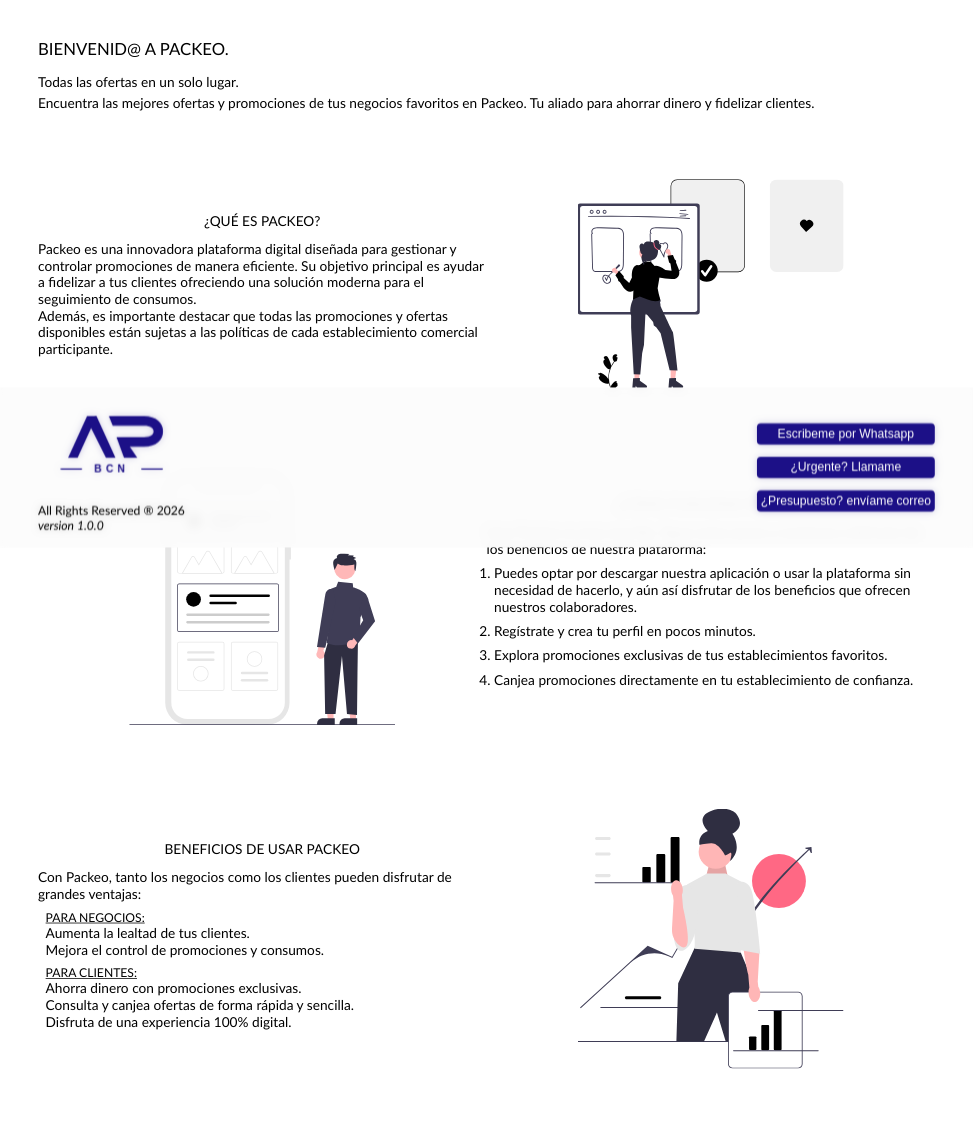
Repository: alupvcbarcelona/alupvcbarcelona-front
Page: /
An editor plug-in stored every save of this project. The page is shown before and after the next save, followed by the edit.
The browser window is 1280 px wide. The pictures show the whole page, at 76% of full size.
The page's requests for data from a server got no answer. The project was rebuilt for these pictures with package versions that can differ from the ones it lists, and the page was loaded fresh each time. No one was signed in, and anything a server would have sent is missing. Also part of the build but not shown: vite.config.js, src/reducers/partner.reducer/partner.action.js, src/views/Pack/utils/content.js, src/views/Pack/Pack.css, src/views/Pack/Pack.jsx, src/views/404/utils.js, src/views/404/NotFound.css, src/views/404/NotFound.jsx and 6 more.

Above is the page before, as saved 2026-07-24 09:20:20.

After the next save:
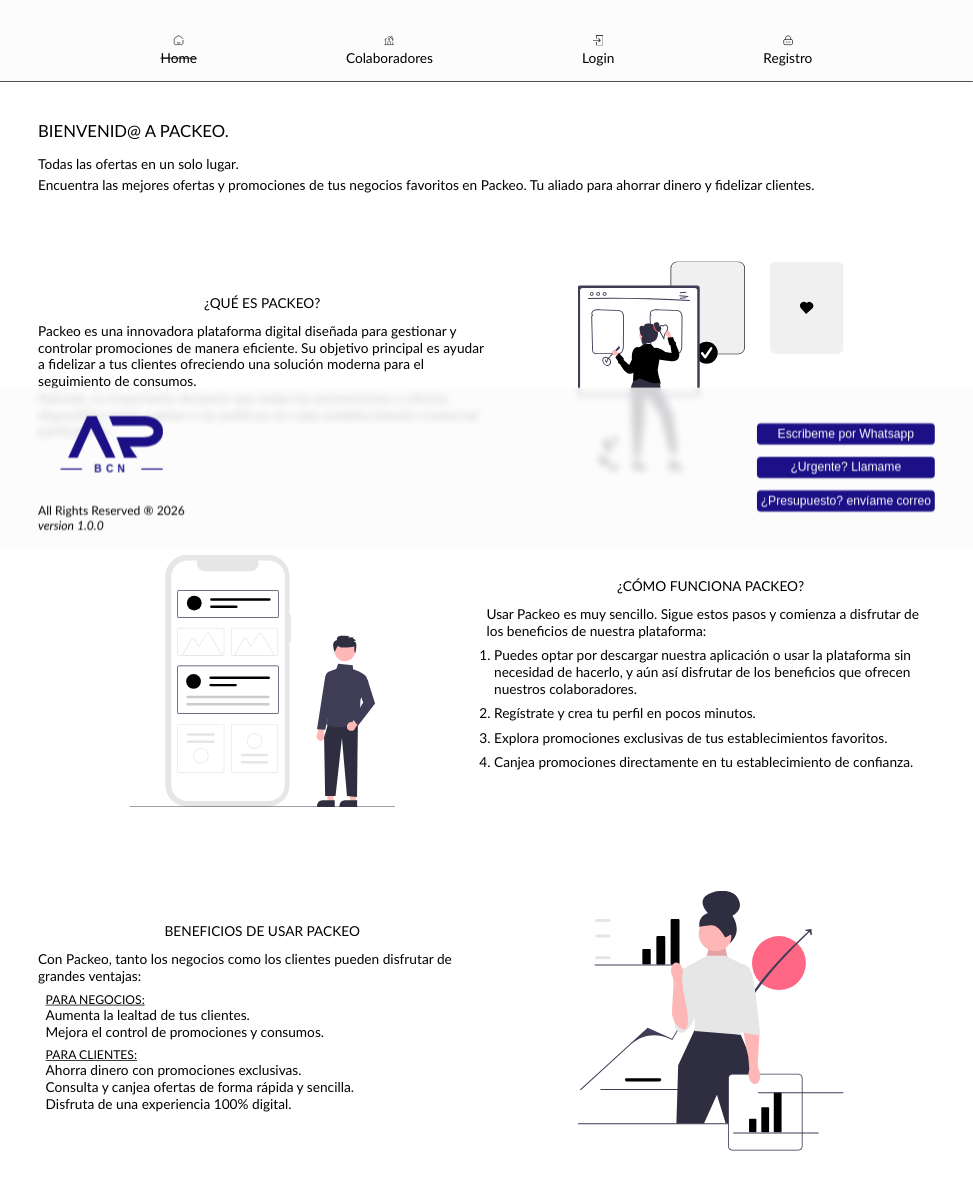
Saved 12 s later.
--- a/src/layout/Layout.jsx
+++ b/src/layout/Layout.jsx
@@ -21,7 +21,7 @@
 
   return (
     <>
-      <Footer />
+      <Header />
       <div className="layout__toast">
         <ToastContainer position="bottom-center" hideProgressBar />
       </div>

After the save that followed:
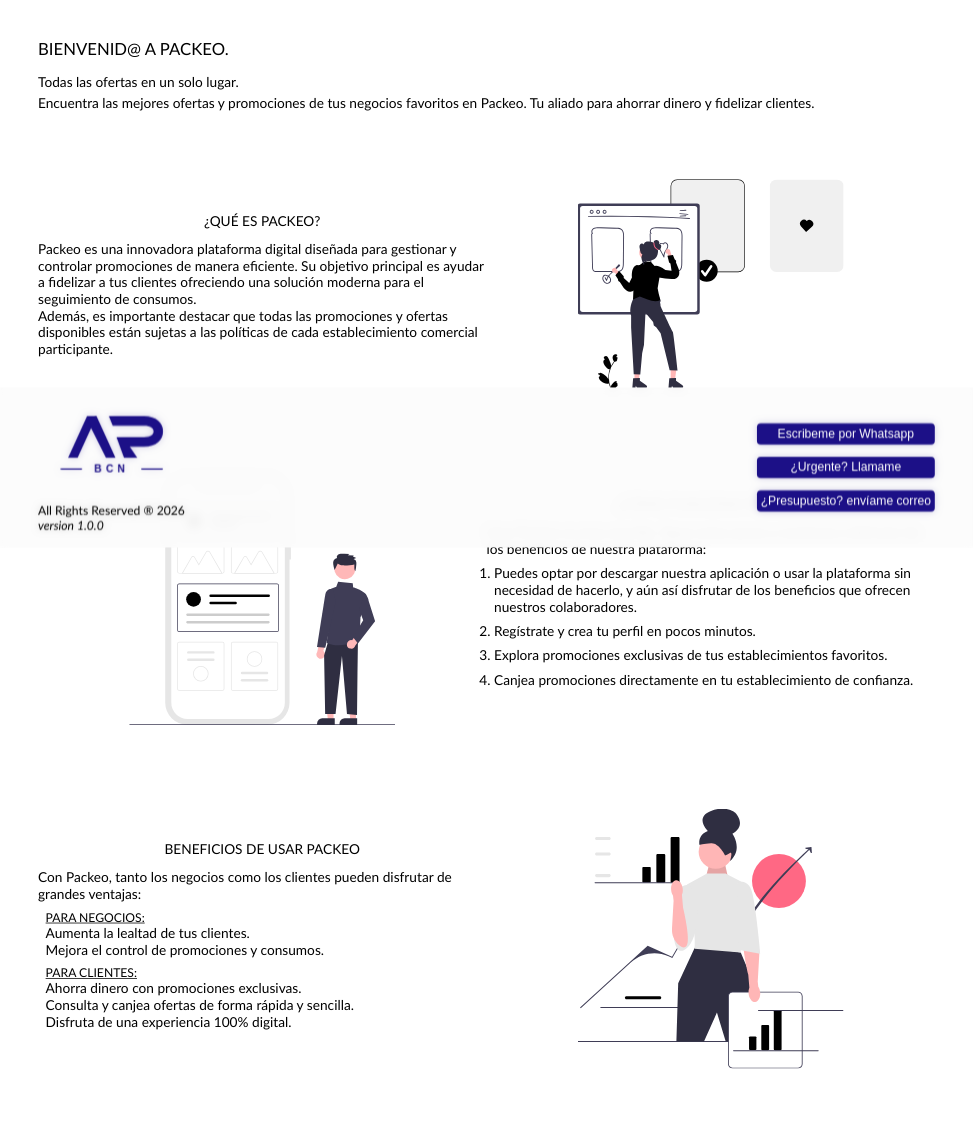
Saved 10 s later.
--- a/src/layout/Layout.jsx
+++ b/src/layout/Layout.jsx
@@ -21,7 +21,8 @@
 
   return (
     <>
-      <Header />
+      {/* <Header /> */}
+      <Footer />
       <div className="layout__toast">
         <ToastContainer position="bottom-center" hideProgressBar />
       </div>
